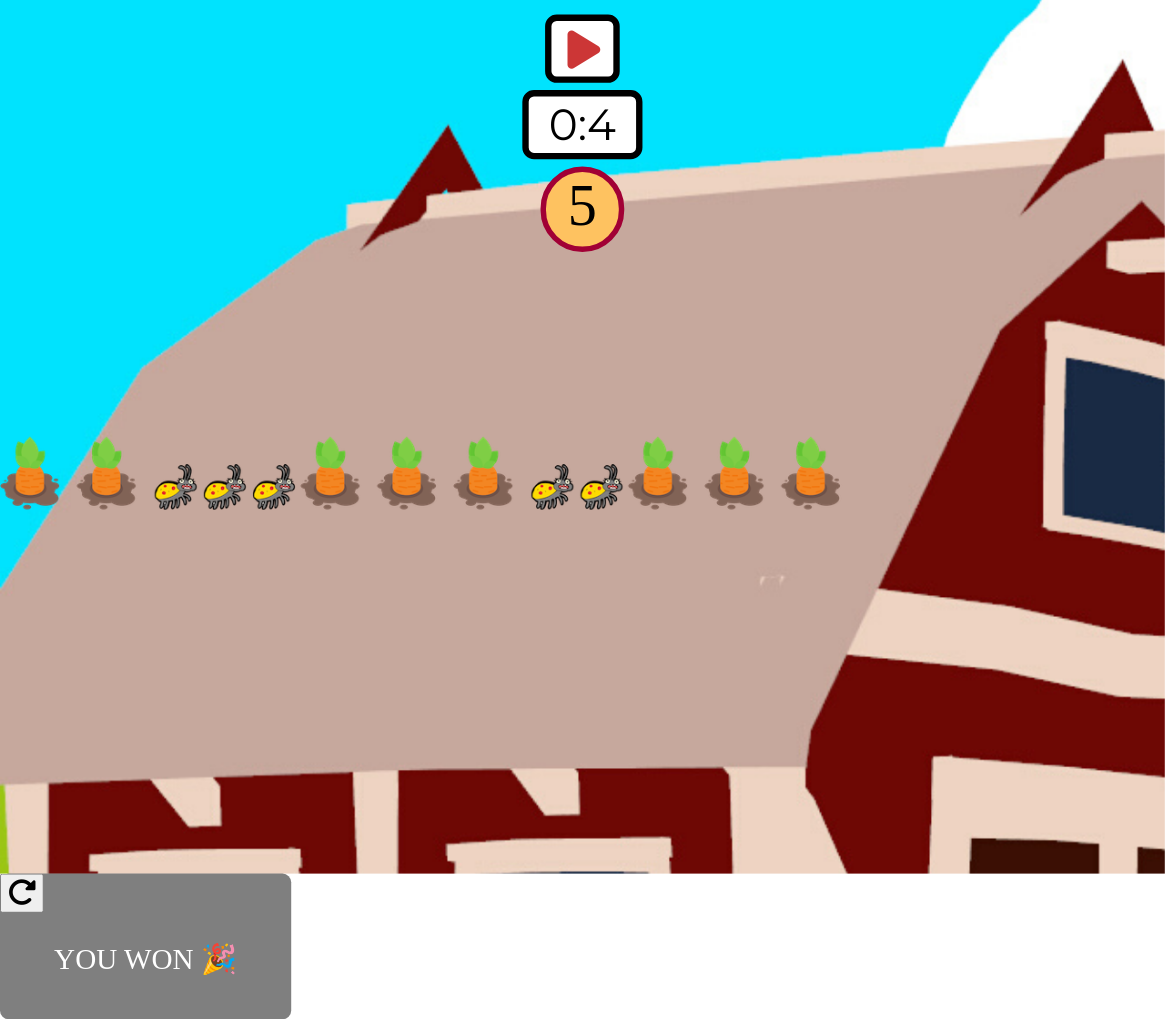
Repository: sephinejo/Mini-carrot-game
Page: index.html
The author's editor kept a copy of each file at every save. The page is drawn from the files as they stood at one save, then again after the next save.
The browser window is 1280 px wide. The pictures show the whole page, at 91% of full size.
Some web fonts or font styles are not loaded; a fallback is used. Some web libraries are served in a nearby version.

Above is the page before, as saved 2023-05-15 08:51:31.

After the next save:
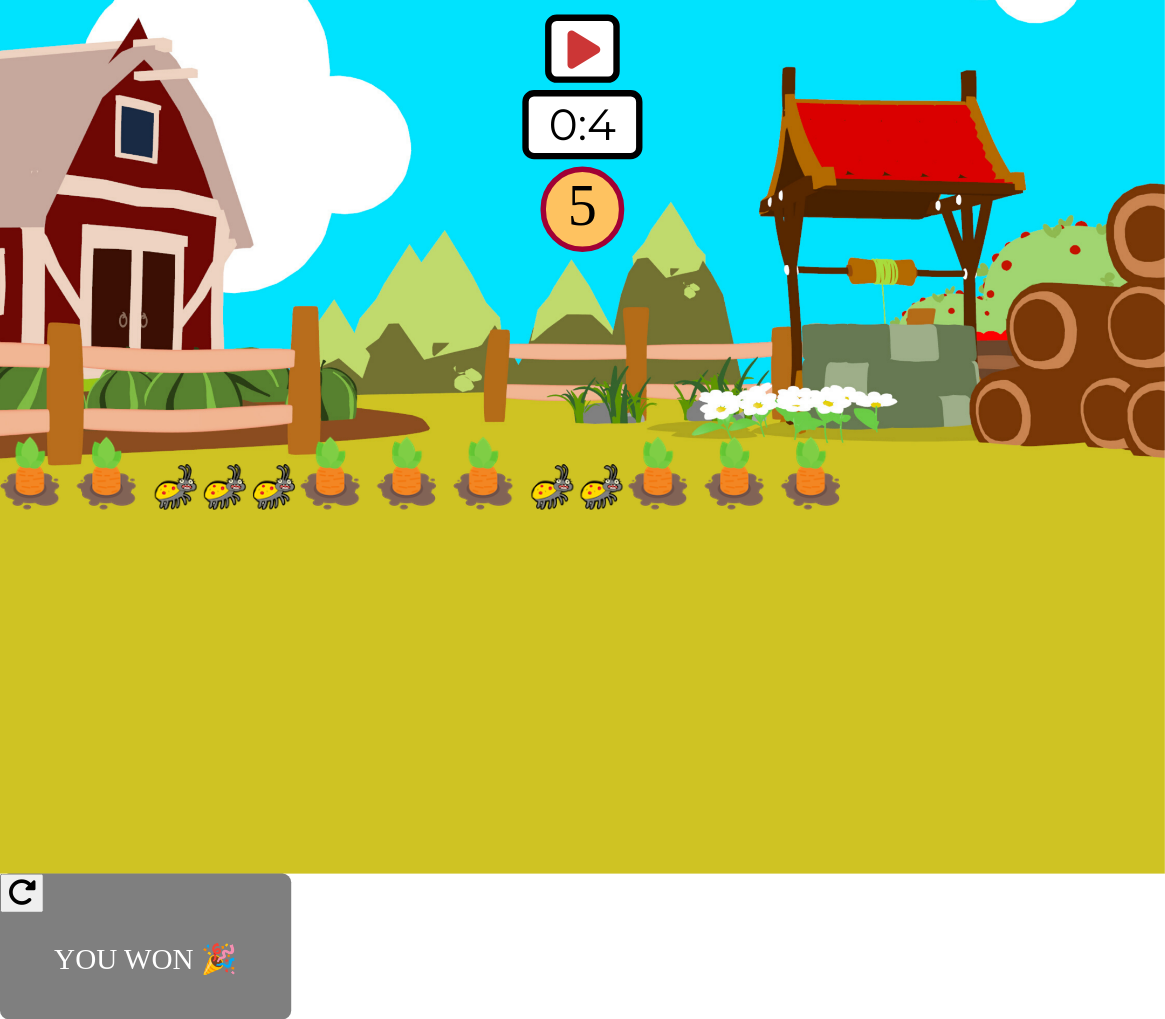
Saved 2 min 10 s later.
--- a/style.css
+++ b/style.css
@@ -8,7 +8,7 @@ body {
 
 .container {
   background-size: cover;
-  background: url('img/background.png');
+  background: url('img/background.png') center/cover;
   height: 60rem;
 }
 
